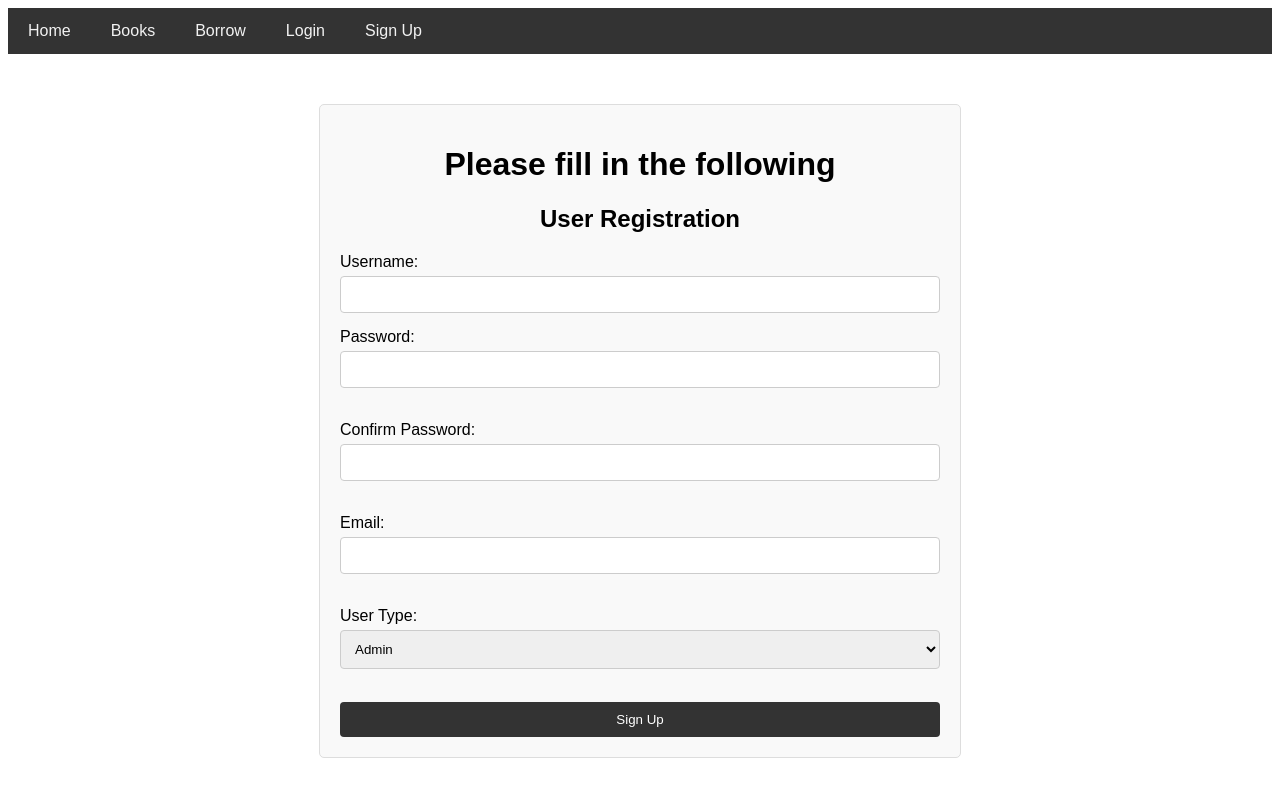
Repository: fadyesk12/Web-Technology-Course-Project
Page: auth/signup.html
These files come from the project's save history. The page is drawn as it stood at one moment and after a run of saves; the edit follows.
The browser window is 1280 px wide. The pictures show the whole page.

Above is the page before, as saved 2024-04-19 02:21:24.

### auth/signup.html
<!DOCTYPE html>
<html>
<head>
  <title>User Registration</title>
  <link rel="stylesheet" href="../Styling/signup.css">
</head>
<body>


  <div id="navbar">
    <a href="../index.html">Home</a>
    <a href="../book_list.html">Books</a>
    <a href="../borrow.html">Borrow</a>
    <a href="../auth/login.html">Login</a>
    <a href="../auth/signup.html">Sign Up</a>
  </div>

  <div class="container">
    <h1>Please fill in the following</h1>
    <h2>User Registration</h2>

    <form>
      <div class="form-group">
        <label for="username">Username:</label>
        <input type="text" id="username" name="username" required>
      </div>
        <label for="password">Password:</label>
        <input type="password" id="password" name="password" required><br><br>

        <label for="confirmPassword">Confirm Password:</label>
        <input type="password" id="confirmPassword" name="confirmPassword" required><br><br>

        <label for="email">Email:</label>
        <input type="email" id="email" name="email" required><br><br>

        <label for="usertype">User Type:</label>
        <select id="usertype" name="usertype" required>
            <option value="admin">Admin</option>
            <option value="user">User</option>
        </select><br><br>

        <input type="submit" value="Sign Up">
    </form>
  </div>
</body>
</html>

### Styling/signup.css
#navbar {
    overflow: hidden;
    background-color: #333;
  }

  #navbar a {
    float: left;
    display: block;
    color: #f2f2f2;
    text-align: center;
    padding: 14px 20px;
    text-decoration: none;
  }

  #navbar a:hover {
    background-color: #ddd;
    color: black;
  }

  body {
    font-family: Arial, sans-serif;
  }

  .container {
    max-width: 600px;
    margin: 50px auto;
    padding: 20px;
    border: 1px solid #ddd;
    border-radius: 5px;
    background-color: #f9f9f9;
  }

  h1, h2 {
    text-align: center;
  }

  form {
    margin-top: 20px;
  }

  label {
    display: block;
    margin-bottom: 5px;
  }

  input[type="text"],
  input[type="password"],
  input[type="email"],
  select {
    width: 100%;
    padding: 10px;
    margin-bottom: 15px;
    border: 1px solid #ccc;
    border-radius: 4px;
    box-sizing: border-box;
  }

  input[type="submit"] {
    width: 100%;
    background-color: #333;
    color: #fff;
    padding: 10px;
    border: none;
    border-radius: 4px;
    cursor: pointer;
  }

  input[type="submit"]:hover {
    background-color: #555;
  }

After the next 2 saves:
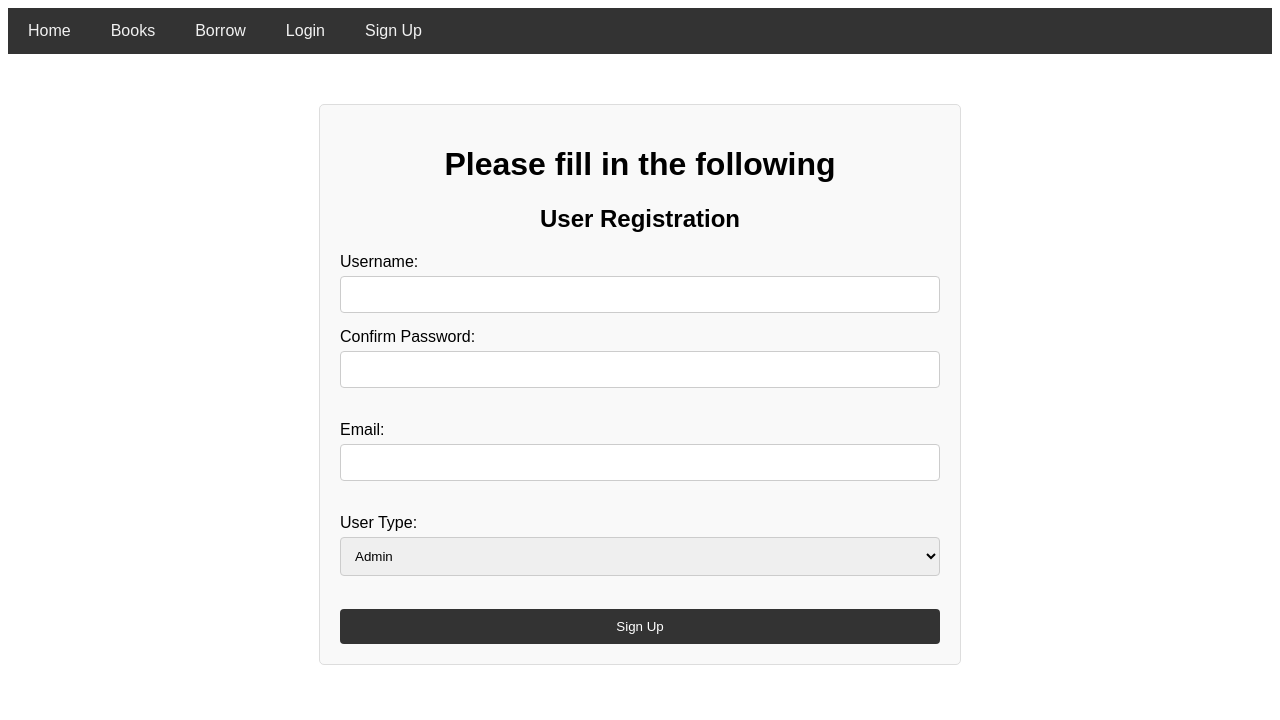
The 2 saves are shown as one change because they came seconds apart.
The last was saved 13 s later.
--- a/auth/signup.html
+++ b/auth/signup.html
@@ -24,8 +24,7 @@
         <label for="username">Username:</label>
         <input type="text" id="username" name="username" required>
       </div>
-        <label for="password">Password:</label>
-        <input type="password" id="password" name="password" required><br><br>
+
 
         <label for="confirmPassword">Confirm Password:</label>
         <input type="password" id="confirmPassword" name="confirmPassword" required><br><br>

After the 2 saves that followed:
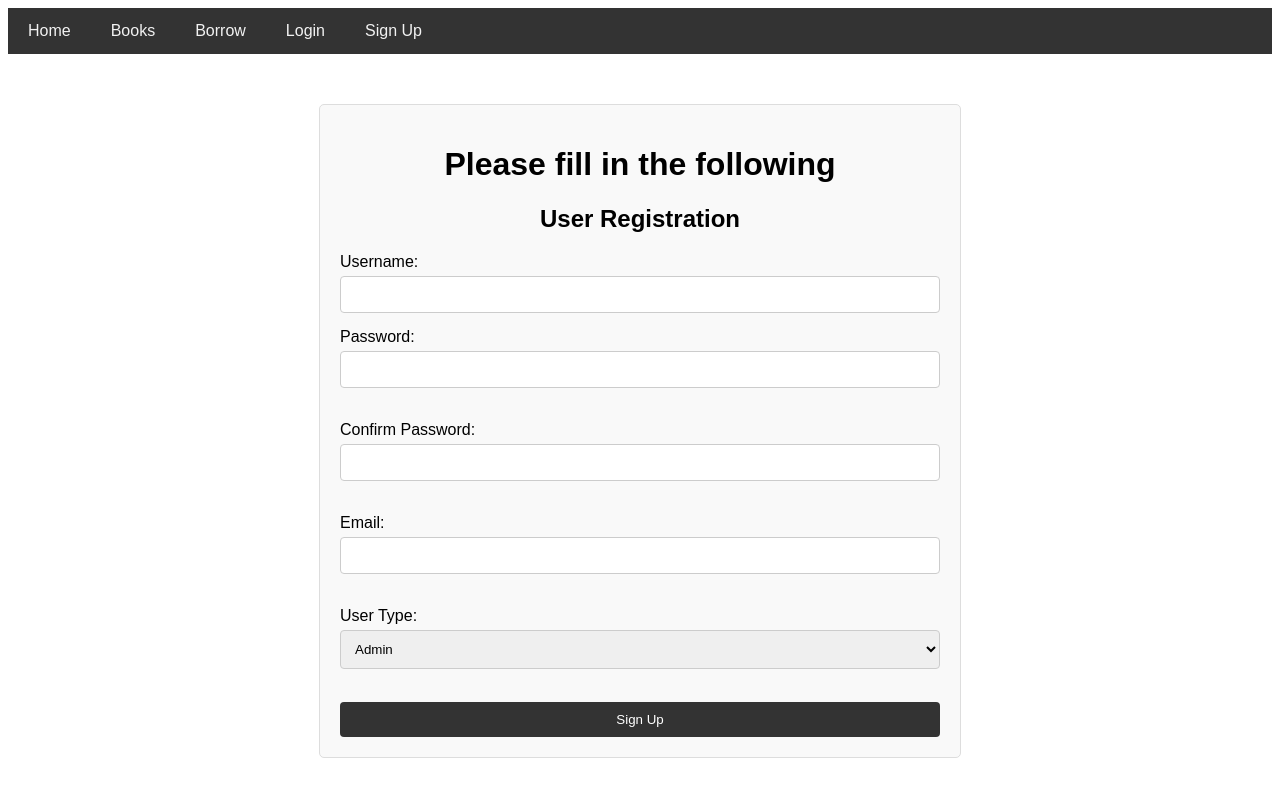
The 2 saves are shown as one change because they came seconds apart.
The last was saved 5 s later.
--- a/auth/signup.html
+++ b/auth/signup.html
@@ -24,7 +24,10 @@
         <label for="username">Username:</label>
         <input type="text" id="username" name="username" required>
       </div>
-
+      <div>
+        <label for="password">Password:</label>
+        <input type="password" id="password" name="password" required><br><br>
+      </div>
 
         <label for="confirmPassword">Confirm Password:</label>
         <input type="password" id="confirmPassword" name="confirmPassword" required><br><br>
